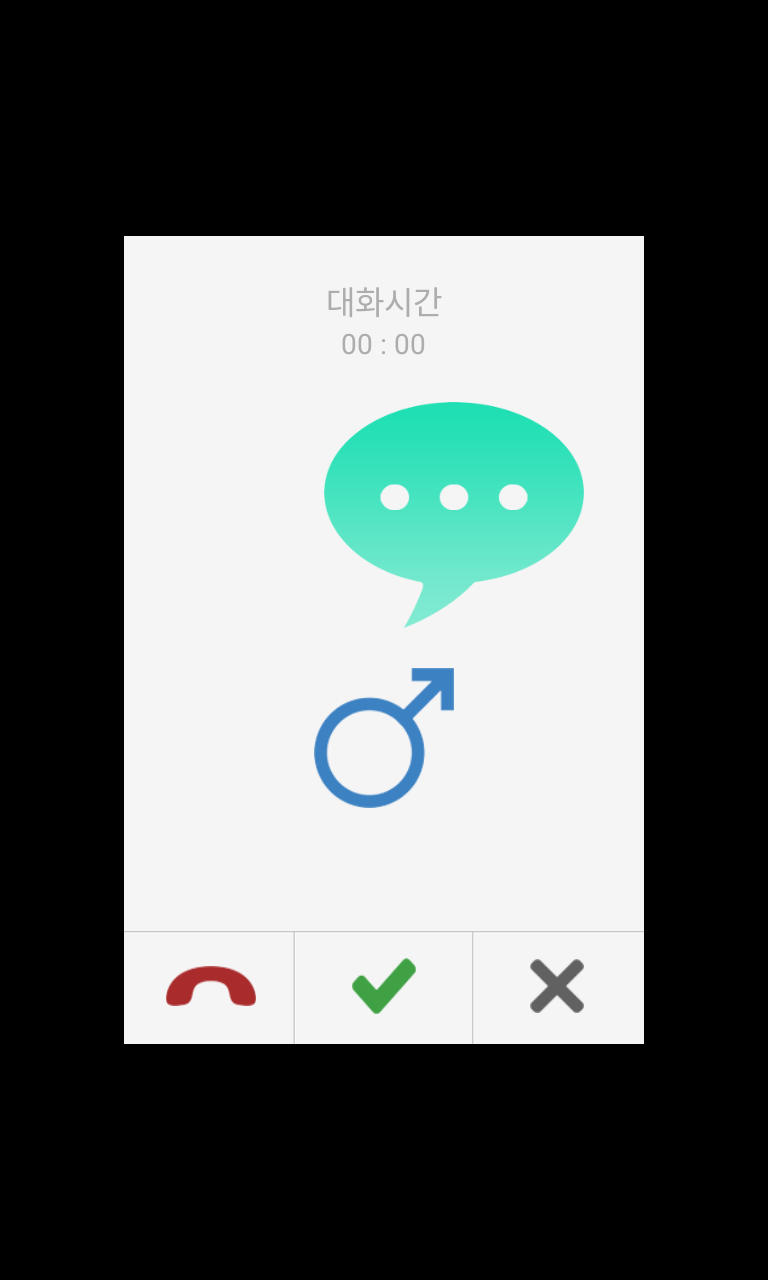
Repository: blacky512/smart_morning_call
Layout: client/SmartMorningCall/res/layout/voicechatting_frag.xml
An editor plug-in stored every save of this project. The layout is shown before and after the next save, followed by the edit.
It is drawn on a 768 x 1280 px phone screen (xhdpi) without system bars, with theme android:Theme.NoTitleBar; the app's code is not run.

Above is the layout before, as saved 2013-02-24 12:13:54.

After the next save:
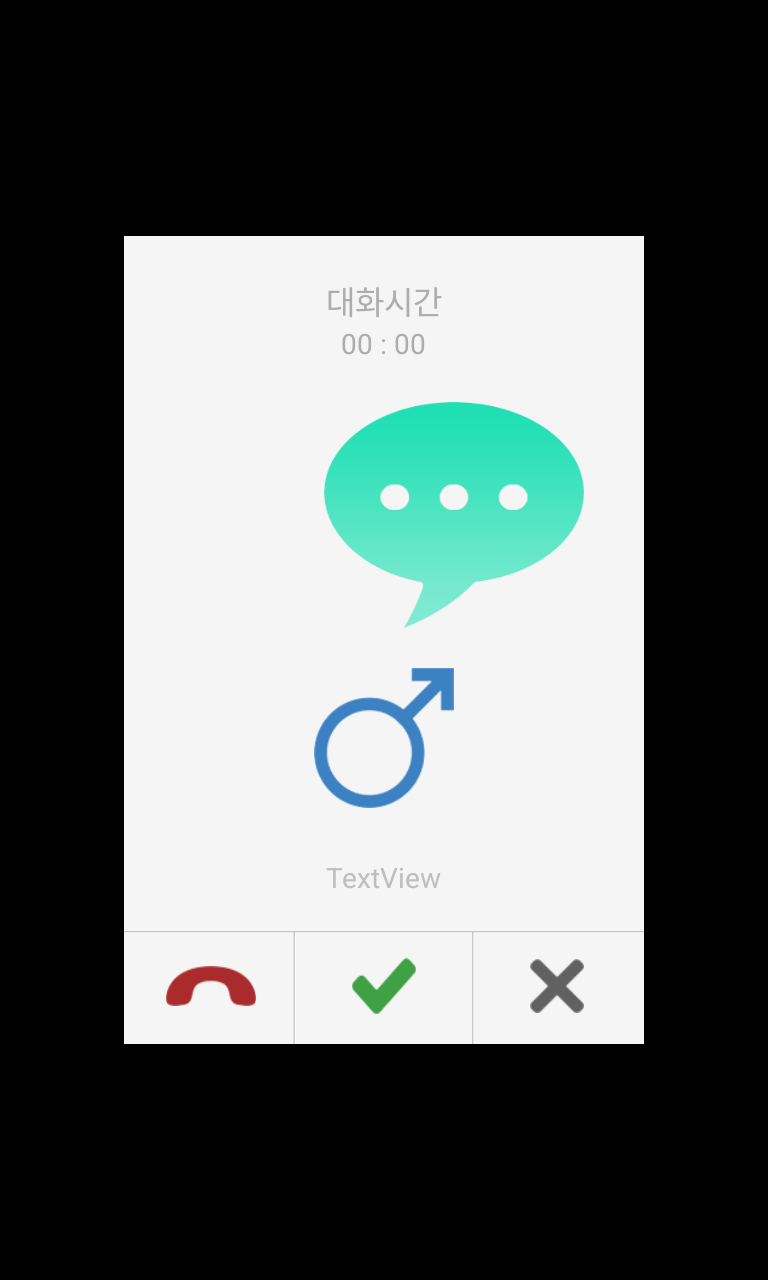
Saved 70 s later.
--- a/client/SmartMorningCall/res/layout/voicechatting_frag.xml
+++ b/client/SmartMorningCall/res/layout/voicechatting_frag.xml
@@ -86,8 +86,20 @@
 
                 <RelativeLayout
                     android:layout_width="match_parent"
-                    android:layout_height="wrap_content" >
+                    android:layout_height="wrap_content"
+                    android:gravity="center" >
+
+                    <TextView
+                        android:id="@+id/textView1"
+                        android:layout_width="wrap_content"
+                        android:layout_height="wrap_content"
+                        android:layout_alignParentTop="true"
+                        android:layout_centerHorizontal="true"
+                        android:layout_marginTop="25dp"
+                        android:text="TextView" />
+
                 </RelativeLayout>
+
             </LinearLayout>
         </FrameLayout>
 
